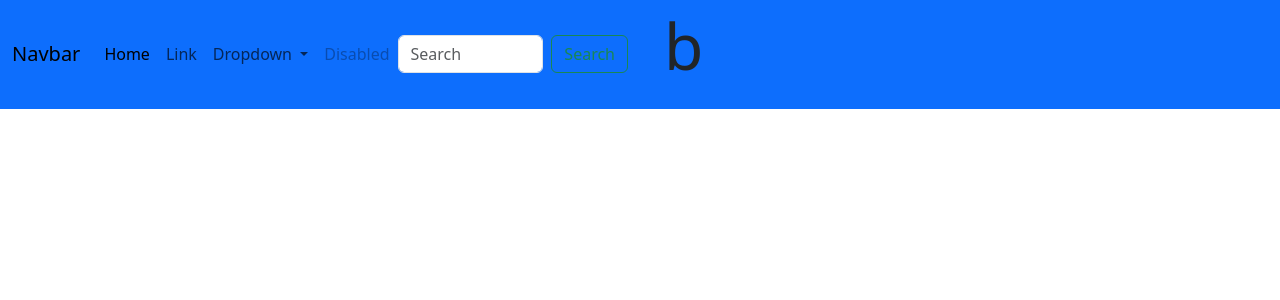
Repository: Riyakashiwala/practical
Page: riya 6th sem/book website.html
The author's editor kept a copy of each file at every save. The page is drawn from the files as they stood at one save, then again after the next save.
The browser window is 1280 px wide. The pictures show the whole page.

Above is the page before, as saved 2024-12-11 06:36:48.

### riya 6th sem/book website.html
<!DOCTYPE html>
<html lang="en">
<head>
    <meta charset="UTF-8">
    <meta name="viewport" content="width=device-width, initial-scale=1.0">
    <title>Book Website</title>
    <link href="https://cdn.jsdelivr.net/npm/bootstrap@5.3.3/dist/css/bootstrap.min.css" rel="stylesheet" integrity="sha384-QWTKZyjpPEjISv5WaRU9OFeRpok6YctnYmDr5pNlyT2bRjXh0JMhjY6hW+ALEwIH" crossorigin="anonymous">


</head>
<body>
    <nav class="navbar navbar-expand-lg bg-primary">
        <div class="container-fluid bg-primary">
            <a class="navbar-brand" href="#">Navbar</a>
            <button class="navbar-toggler" type="button" data-bs-toggle="collapse" data-bs-target="#navbarSupportedContent" aria-controls="navbarSupportedContent" aria-expanded="false" aria-label="Toggle navigation">
            <span class="navbar-toggler-icon"></span>
            </button>
            <div class="collapse navbar-collapse" id="navbarSupportedContent">
            <ul class="navbar-nav me-auto mb-2 mb-lg-0">
                <li class="nav-item">
                <a class="nav-link active" aria-current="page" href="#">Home</a>
                </li>
                <li class="nav-item">
                <a class="nav-link" href="#">Link</a>
                </li>
                <li class="nav-item dropdown">
                <a class="nav-link dropdown-toggle" href="#" role="button" data-bs-toggle="dropdown" aria-expanded="false">
                Dropdown
                </a>
                <ul class="dropdown-menu">
                <li><a class="dropdown-item" href="#">Action</a></li>
                <li><a class="dropdown-item" href="#">Another action</a></li>
                <li><hr class="dropdown-divider"></li>
                <li><a class="dropdown-item" href="#">Something else here</a></li>
                </ul>
                </li>
            <li class="nav-item">
                <a class="nav-link disabled" aria-disabled="true">Disabled</a>
            </li>
            </ul>
            <form class="d-flex" role="search">
            <input class="form-control me-2" type="search" placeholder="Search" aria-label="Search">
            <button class="btn btn-outline-success" type="submit">Search</button>
            </form>
        </div>
        </div>
        <div class="container-fluid bg-primary">
        <div class="container">
            <section id="intro">
                <div class="row justify-content-start">
                    <div class="col-6">
                        <p class="display-3">b</p>
                    </div>
                </div>
            </section>
        </div>
        </div>
    </nav>
    <script src="https://cdn.jsdelivr.net/npm/bootstrap@5.3.3/dist/js/bootstrap.bundle.min.js" integrity="sha384-YvpcrYf0tY3lHB60NNkmXc5s9fDVZLESaAA55NDzOxhy9GkcIdslK1eN7N6jIeHz" crossorigin="anonymous"></script>
</body>
</html>

After the next save:
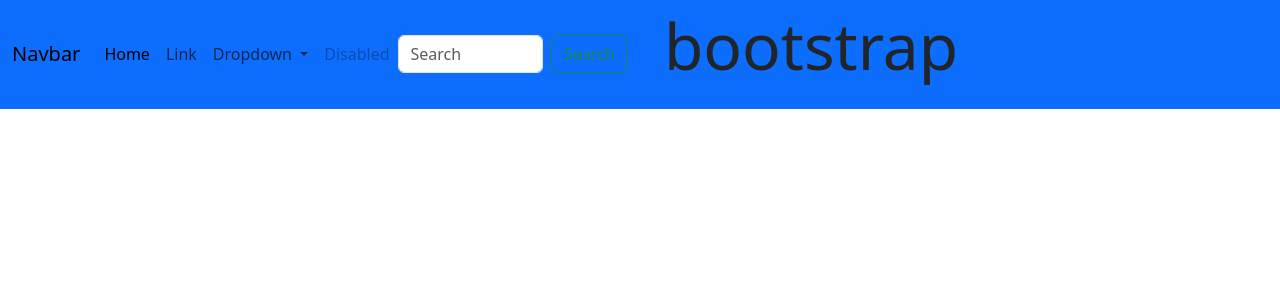
Saved 25 s later.
--- a/riya 6th sem/book website.html
+++ b/riya 6th sem/book website.html
@@ -49,7 +49,8 @@
             <section id="intro">
                 <div class="row justify-content-start">
                     <div class="col-6">
-                        <p class="display-3">b</p>
+                        <p class="display-3">bootstrap</p>
+
                     </div>
                 </div>
             </section>
